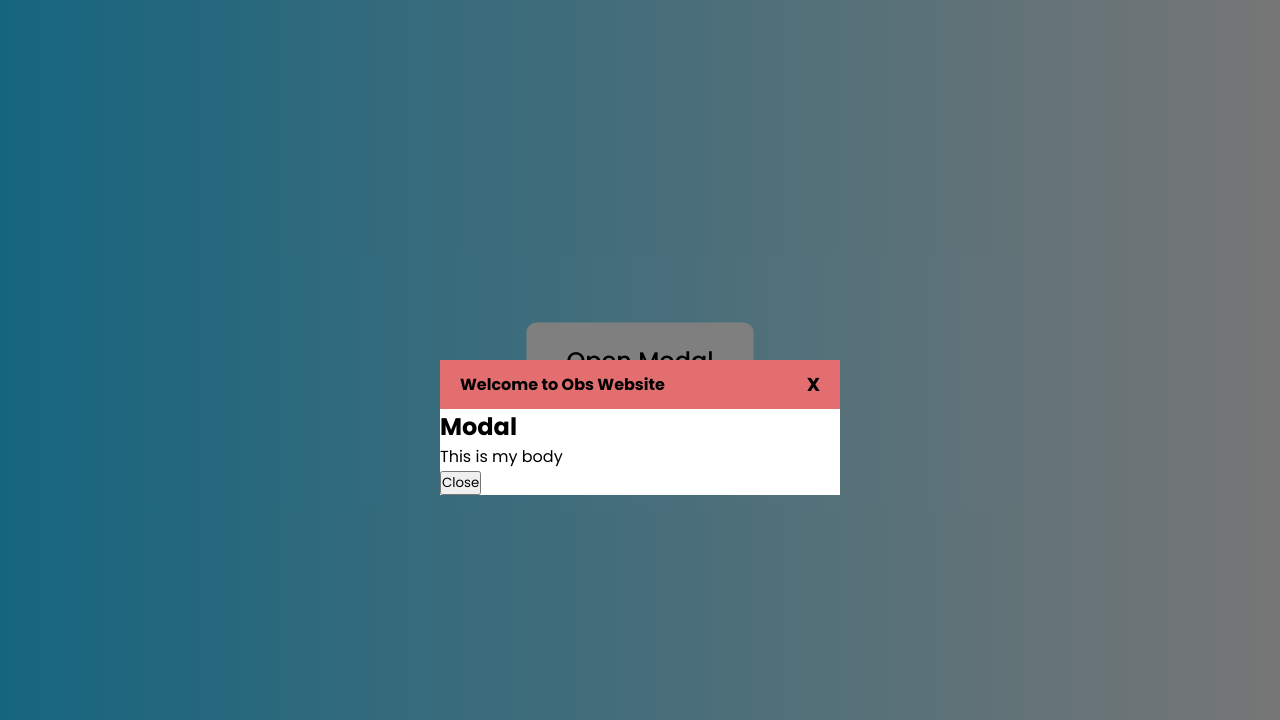
Repository: lausamtuong/Modal_card
Page: index.html
These files come from the project's save history. The page is drawn as it stood at one moment and after a run of saves; the edit follows.
The browser window is 1280 px wide. The pictures show the whole page.
The style sheet was rebuilt from its Sass, Less or Tailwind sources for each picture, by a compiler version that may differ from the author's.

Above is the page before, as saved 2021-12-15 06:55:04.

### index.html
<!DOCTYPE html>
<html lang="en">
<head>
    <meta charset="UTF-8">
    <meta http-equiv="X-UA-Compatible" content="IE=edge">
    <meta name="viewport" content="width=device-width, initial-scale=1.0">
    <link rel="stylesheet" href="style.css">
    <link href="https://fonts.googleapis.com/css2?family=Poppins:wght@400;500;700&display=swap" rel="stylesheet">
    <title>Document</title>
</head>
<body>
    <button class="open__btn">Open Modal</button>
    <div class="modal">
        <div class="modal__inner">
            <div class="modal__header">
                <p>Welcome to Obs Website</p>
                <h3>X</h3>
            </div>
            <div class="modal__body">
                <h2>Modal</h2>
                <p>This is my body</p>
            </div>
            <div class="modal__footer">
                <button class="modal__close-btn">Close</button>
            </div>
        </div>
    </div>
</body>
</html>

### style.scss
*{
    margin: 0;
    padding: 0;
    box-sizing: border-box;
    font-family: 'Poppins', sans-serif;
}
:root{
    --primary-color:#e26e70;
}
body{
    height: 100vh;
    background:  linear-gradient( to right,#2cccff ,#eee );;
}
.open__btn{
     position: relative;;
   top:50%;
   left:50%;
   transform: translate(-50%,-50%);
   outline: none;
   border: none;
   padding : 20px 40px;
   font-weight: 500;
   font-size: 1.5rem;
   border-radius: 10px;
   background-color:#fff;
   &:hover{
      opacity: 0.7;
       cursor: pointer;
       transition: 0.5s;
   }
}
.modal{
    background-color: rgba(0,0,0,0.5);
    position:fixed;
    top:0;
    height: 100vh;
    width:100vw;
    &__inner{
        position:relative;
        width:400px;
        top:50%;
        margin : auto;
        background-color: #fff;
    }
    &__header{
        display: flex;
        justify-content: space-between;
        align-items: center;
        background-color:var(--primary-color);
        padding:10px 20px;
        font-weight: 700;
    }
}

After the next 4 saves:
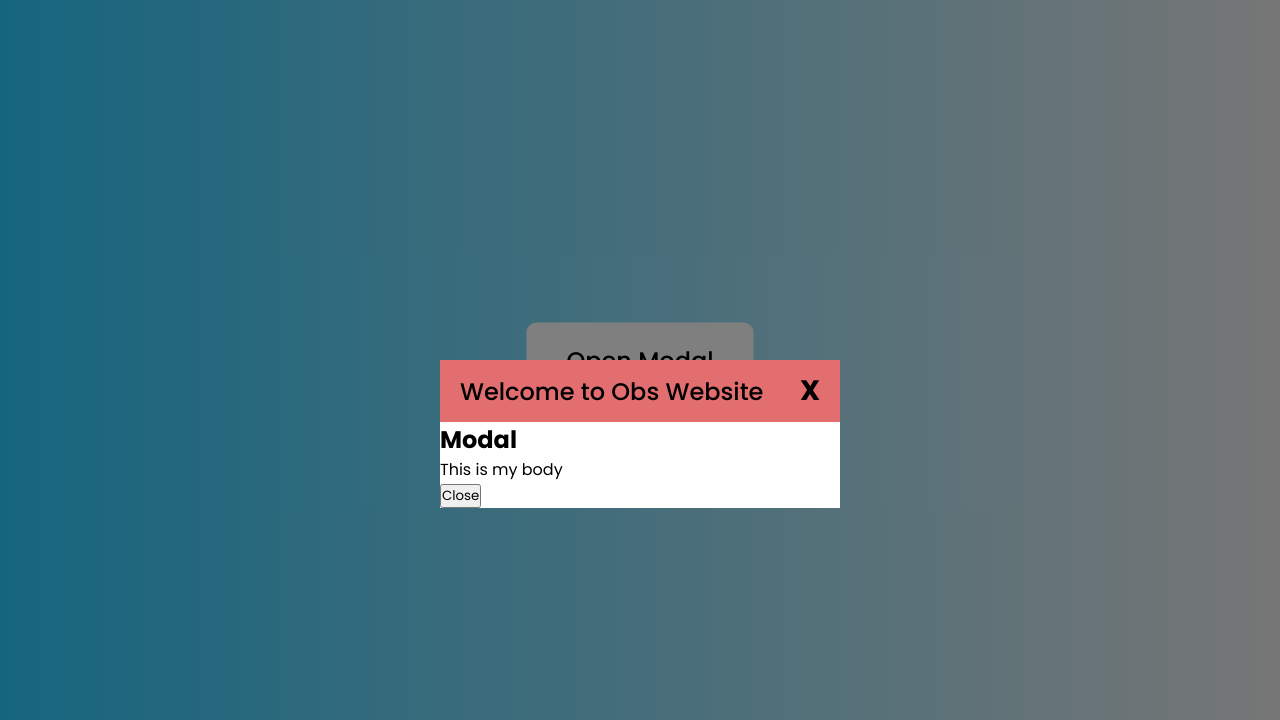
The 4 saves are shown as one change because they came seconds apart.
The last was saved 10 s later.
--- a/style.scss
+++ b/style.scss
@@ -48,6 +48,7 @@ body{
         align-items: center;
         background-color:var(--primary-color);
         padding:10px 20px;
-        font-weight: 700;
+        font-weight: 500;
+        font-size: 1.5rem;
     }
 }
